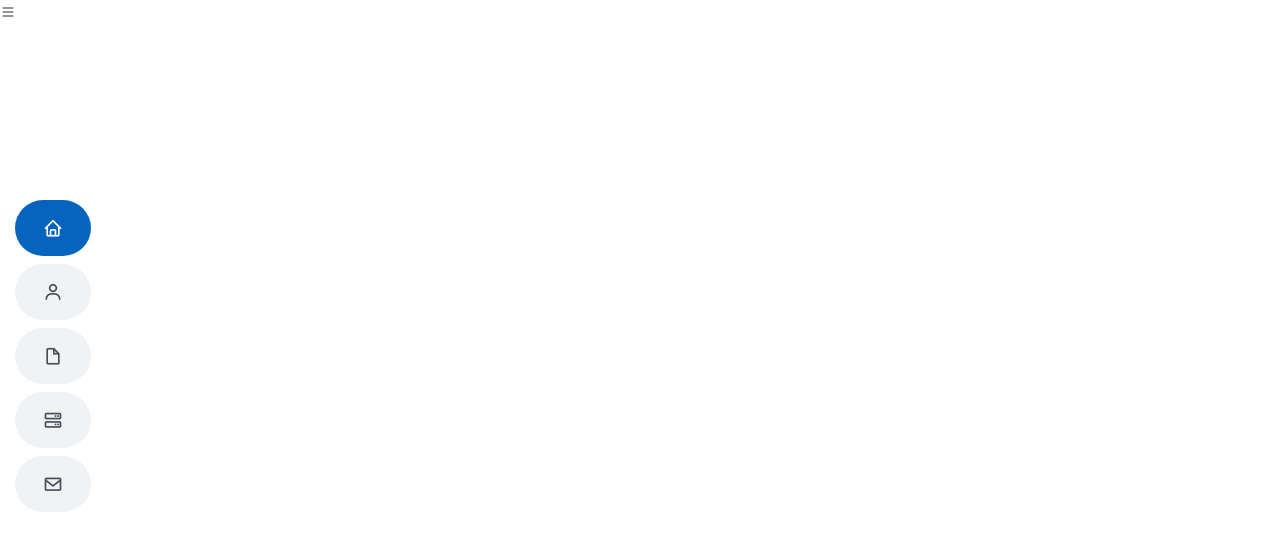
Repository: khainguyen2003/bootstrapmade
Page: header/verticalHeader/index.html
These files come from the project's save history. The page is drawn as it stood at one moment and after a run of saves; the edit follows.
The browser window is 1280 px wide. The pictures show the whole page.

Above is the page before, as saved 2023-01-09 23:56:06.

### header/verticalHeader/index.html
<!DOCTYPE html>
<html lang="en">
  <head>
    <meta charset="UTF-8" />
    <meta http-equiv="X-UA-Compatible" content="IE=edge" />
    <meta name="viewport" content="width=device-width, initial-scale=1.0" />
    <title>My Resume Menu</title>
    <meta content="" name="description" />
    <meta content="" name="keywords" />

    <!-- Google Fonts -->
    <link
      href="https://fonts.googleapis.com/css?family=Open+Sans:300,300i,400,400i,600,600i,700,700i|Raleway:300,300i,400,400i,500,500i,600,600i,700,700i|Poppins:300,300i,400,400i,500,500i,600,600i,700,700i"
      rel="stylesheet"
    />

    <!-- Vendor CSS files -->
    <link rel="stylesheet" href="../../assets/vendor/aos/aos.css" />
    <link
      rel="stylesheet"
      href="../../assets/vendor/bootstrap-icons/bootstrap-icons.css"
    />
    <link
      rel="stylesheet"
      href="../../assets/vendor/bootstrap/css/bootstrap.min.css"
    />
    <link
      rel="stylesheet"
      href="../../assets/vendor/boxicons/css/boxicons.min.css"
    />
    <link
      rel="stylesheet"
      href="../../assets/vendor/glightbox/css/glightbox.min.css"
    />
    <link rel="stylesheet" href="../../assets/vendor/remixicon/remixicon.css" />
    <link
      rel="stylesheet"
      href="../../assets/vendor/swiper/swiper-bundle.min.css"
    />

    <!-- Page CSS file -->
    <link rel="stylesheet" href="style.css" />
  </head>
  <body>
    <!-- ====================== Header ===================== -->
    <i class="bi bi-list mobile-nav-toggle"></i>
    <header
      id="header"
      class="header d-flex flex-column justify-content-center"
    >
      <nav id="navbar" class="navbar nav-menu">
        <ul>
          <li>
            <a href="#hero" class="nav-link scrollto active">
              <i class="bx bx-home"></i> <span>Home</span>
            </a>
          </li>
          <li>
            <a href="#about" class="nav-link scrollto">
              <i class="bx bx-user"></i> <span>About</span>
            </a>
          </li>
          <li>
            <a href="#resume" class="nav-link scrollto">
              <i class="bx bx-file-blank"></i> <span>Resume</span>
            </a>
          </li>
          <li>
            <a href="#portfolio" class="nav-link scrollto">
              <i class="bx bx-server"></i> <span>Portfolio</span>
            </a>
          </li>
          <li>
            <a href="#contact" class="nav-link scrollto">
              <i class="bx bx-envelope"></i> <span>contact</span>
            </a>
          </li>
        </ul>
      </nav>
    </header>

    <script src="../../assets/vendor/aos/aos.js"></script>
    <script src="../../assets/vendor/bootstrap/js/bootstrap.bundle.min.js"></script>
    <script src="../../assets/vendor/glightbox/js/glightbox.min.js"></script>
    <script src="../../assets/vendor/isotope-layout/isotope.pkgd.min.js"></script>
    <script src="../../assets/vendor/php-email-form/validate.js"></script>
    <script src="../../assets/vendor/swiper/swiper-bundle.min.js"></script>
    <script src="../../assets/vendor/waypoints/noframework.waypoints.js"></script>

    <script src="main.js"></script>
  </body>
</html>

### header/verticalHeader/style.css
body {
  font-family: "Open Sans", sans-serif;
}
h1,
h2,
h3,
h4,
h5 {
  font-family: "Raleway", sans-serif;
}
a {
  color: hsl(209, 95%, 38%);
  text-decoration: none;
}
a:hover {
  color: hsl(209, 95%, 48%);
  text-decoration: none;
}

/*--------------------------------------------------------------
# Disable aos animation delay on mobile devices
--------------------------------------------------------------*/
@media screen and (max-width: 768px) {
  [data-aos-delay] {
    transition-delay: 0 !important;
  }
}

/* --------------------------------------------------------------
# Header
---------------------------------------------------------------- */
#header {
  position: fixed;
  top: 0;
  left: 0;
  bottom: 0;
  z-index: 1000;
  transition: all 0.3s;
  padding: 15px;
  overflow-y: hidden;
}
@media (max-width: 991px) {
  #header {
    width: 300px;
    background: #fff;
    border-right: 1px solid hsl(209, 14%, 79%);
    left: -300px;
  }
}
.nav-menu {
  padding: 0;
}
.nav-menu * {
  padding: 0;
  margin: 0;
  list-style: none;
}
.nav-menu > ul > li {
  white-space: nowrap;
}
.nav-menu ul li a,
.nav-menu ul li a:focus {
  display: flex;
  align-items: center;
  padding: 10px 28px;
  height: 56px;
  width: 100%;
  margin-bottom: 8px;
  color: hsl(210, 14%, 31%);
  background: hsl(220, 14%, 95%);
  border-radius: 50px;
  overflow: hidden;
  transition: all 0.3s;
}
.nav-menu a i,
.nav-menu a:focus i {
  font-size: 20px;
}

.nav-menu a span,
.nav-menu a:focus span {
  padding: 0 5px 0 7px;
  color: hsl(210, 14%, 31%);
}
@media (min-width: 992px) {
  .nav-menu a,
  .nav-menu a:focus {
    width: 56px;
  }

  .nav-menu a span,
  .nav-menu a:focus span {
    display: none;
    color: #fff;
  }
}

.nav-menu a:hover,
.nav-menu .active,
.nav-menu .active:focus,
.nav-menu li:hover > a {
  color: #fff;
  background: hsl(209, 95%, 38%);
}

.nav-menu a:hover span,
.nav-menu .active span,
.nav-menu .active:focus span,
.nav-menu li:hover > a span {
  color: #fff;
}

.nav-menu a:hover,
.nav-menu li:hover > a {
  width: 100%;
  color: #fff;
}

.nav-menu a:hover span,
.nav-menu li:hover > a span {
  display: block;
}

### header/verticalHeader/main.js
(function () {
  "use strict";

  const select = (el, all = false) => {
    el = el.trim();
    if (all) {
      return [...document.querySelectorAll(el)];
    } else {
      return document.querySelector(el);
    }
  };

  const on = (type, el, listener, all = false) => {
    let selectEl = select(el, all);
    if (selectEl) {
      if (all) {
        selectEl.forEach((e) => e.addEventListener(type, listener));
      } else {
        selectEl.addEventListener(type, listener);
      }
    }
  };

  const onsroll = (el, listener) => {
    el.addEventListener("scroll", listener);
  };

  window.addEventListener("load", function () {
    AOS.init({
      duration: 1000,
      easing: "ease-in-out",
      once: true,
      mirror: false,
    });
  });
})();

Loaded but not shown: assets/vendor/aos/aos.css (library); assets/vendor/bootstrap-icons/bootstrap-icons.css (library); assets/vendor/bootstrap/css/bootstrap.min.css (library); assets/vendor/boxicons/css/boxicons.min.css (library); assets/vendor/glightbox/css/glightbox.min.css (library); assets/vendor/remixicon/remixicon.css (library); assets/vendor/swiper/swiper-bundle.min.css (library); assets/vendor/aos/aos.js (library); assets/vendor/bootstrap/js/bootstrap.bundle.min.js (library); assets/vendor/glightbox/js/glightbox.min.js (library); assets/vendor/isotope-layout/isotope.pkgd.min.js (library); assets/vendor/php-email-form/validate.js (common file); assets/vendor/swiper/swiper-bundle.min.js (library); assets/vendor/waypoints/noframework.waypoints.js (library)

After the next 2 saves:
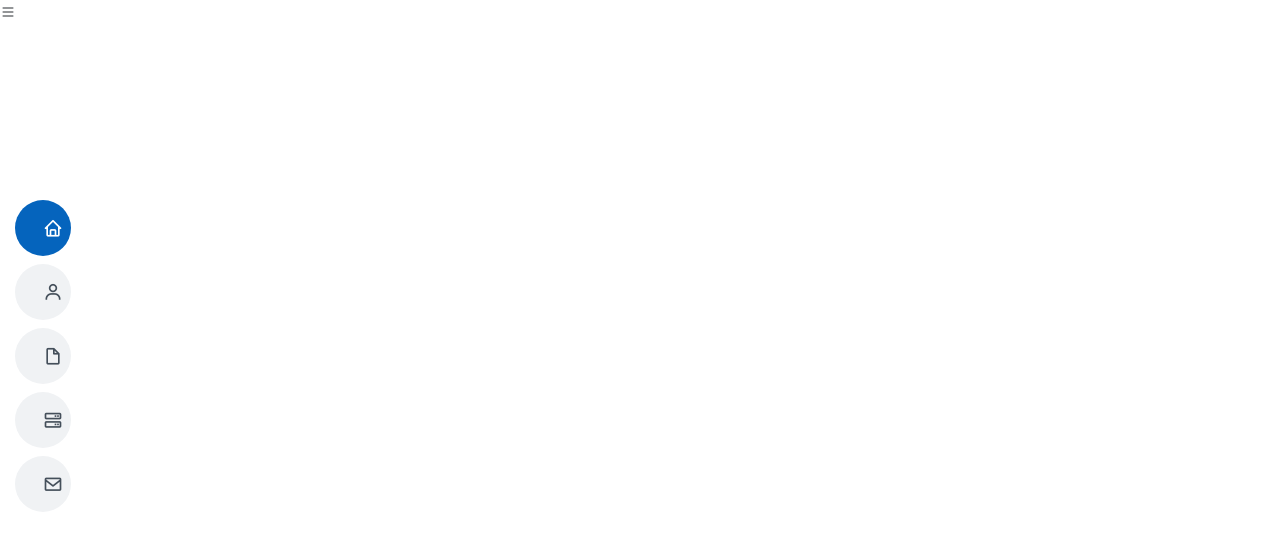
The 2 saves are shown as one change because they came seconds apart.
The last was saved 45 s later.
--- a/header/verticalHeader/style.css
+++ b/header/verticalHeader/style.css
@@ -58,8 +58,8 @@ a:hover {
 .nav-menu > ul > li {
   white-space: nowrap;
 }
-.nav-menu ul li a,
-.nav-menu ul li a:focus {
+.nav-menu a,
+.nav-menu a:focus {
   display: flex;
   align-items: center;
   padding: 10px 28px;
